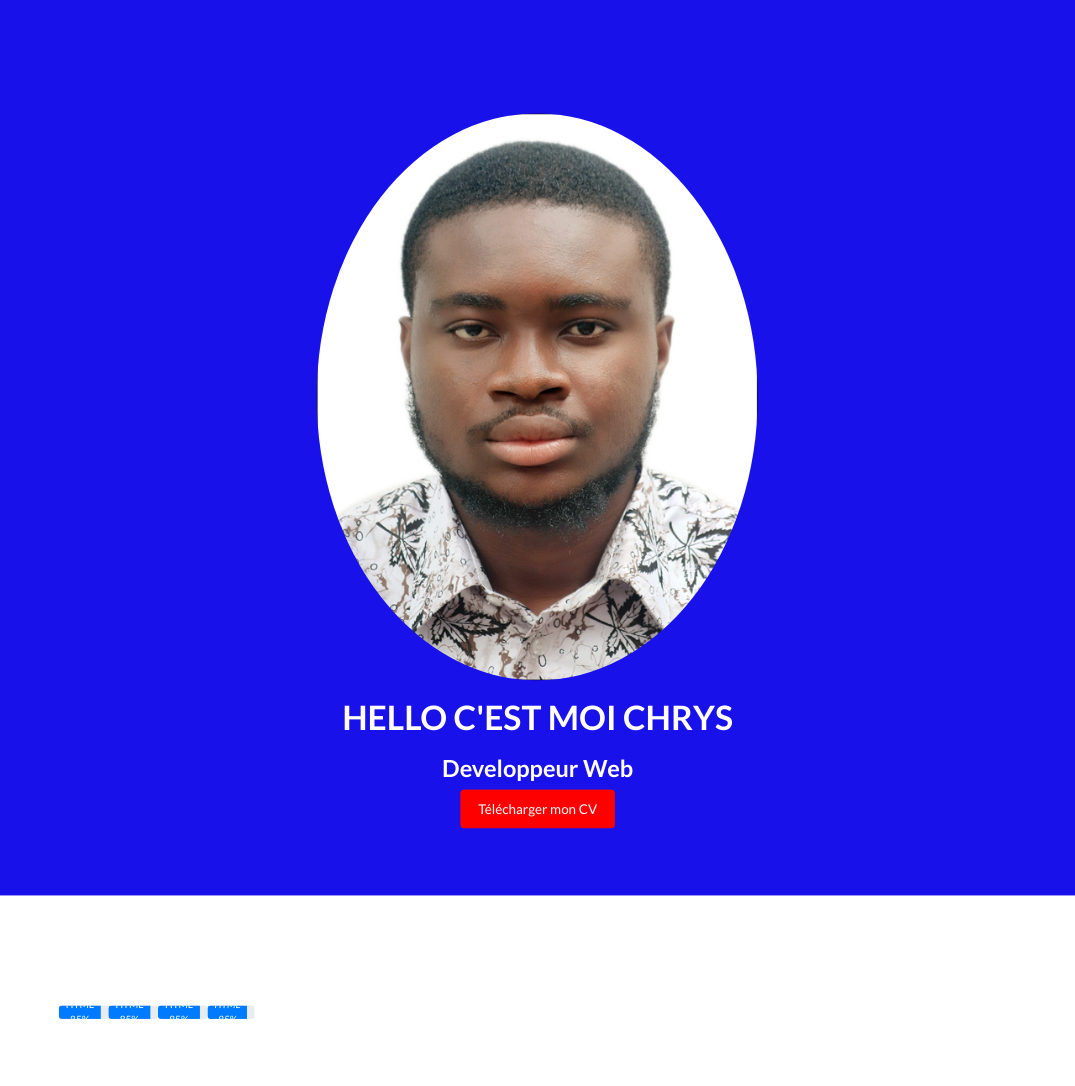
Repository: CHRYSOVR/CV_en_ligne_Interactif
Page: index.html
An editor plug-in stored every save of this project. The page is shown before and after the next save, followed by the edit.
The browser window is 1280 px wide. The pictures show the whole page, at 84% of full size.

Above is the page before, as saved 2025-07-07 16:25:12.
Console error: TypeError: Cannot read properties of undefined (reading 'fn')

### index.html
<!DOCTYPE html>
<html lang="fr">
<head>
    <meta charset="UTF-8">
    <meta name="viewport" content="width=device-width, initial-scale=1.0">
    <link rel="preconnect" href="https://fonts.googleapis.com">
<link rel="preconnect" href="https://fonts.gstatic.com" crossorigin>
<link href="https://fonts.googleapis.com/css2?family=Lato:ital,wght@0,100;0,300;0,400;0,700;0,900;1,100;1,300;1,400;1,700;1,900&display=swap" rel="stylesheet">
<link rel="stylesheet" href="https://cdn.jsdelivr.net/npm/bootstrap@4.0.0/dist/css/bootstrap.min.css" integrity="sha384-Gn5384xqQ1aoWXA+058RXPxPg6fy4IWvTNh0E263XmFcJlSAwiGgFAW/dAiS6JXm" crossorigin="anonymous">
<script src="https://cdn.jsdelivr.net/npm/bootstrap@4.0.0/dist/js/bootstrap.min.js" integrity="sha384-JZR6Spejh4U02d8jOt6vLEHfe/JQGiRRSQQxSfFWpi1MquVdAyjUar5+76PVCmYl" crossorigin="anonymous"></script>
    <link rel="stylesheet" href="css/style.css">
    <script src="js/script.js"></script>
    <title>CV SANNE-TIA</title>
</head>
<body>
  <section id="about" class="container-fluid">
    <div  class=" col-8 col -lg-4 profile-picture" >
        <img src="images/Me.JPG" alt="photo sanne-tia" class="rounded-circle">
    </div>
    <div class="heading">
        <h1>Hello c'est moi Chrys</h1 >
             <h3>Developpeur Web</h3>
     <a href="documents/CV_Sanne-Tia.pdf" class="btn btn-danger" target="_blank">Télécharger mon CV</a>
  </div>
    </section>
    <section id="skills">
<div class="divider"></div>
<div class="heading">
    <h2>Competences</h2>
</div>
<div class="container">
    <div class="row">
       <div class="progress">
  <div class="progress-bar" role="progressbar" style="width: 85%;" aria-valuenow="85" aria-valuemin="0" aria-valuemax="100">HTML 85%</div>
</div>
 <div class="progress">
  <div class="progress-bar" role="progressbar" style="width: 85%;" aria-valuenow="85" aria-valuemin="0" aria-valuemax="100">HTML 85%</div>
</div>
 <div class="progress">
  <div class="progress-bar" role="progressbar" style="width: 85%;" aria-valuenow="85" aria-valuemin="0" aria-valuemax="100">HTML 85%</div>
</div>
<var><var> <div class="progress">
  <div class="progress-bar" role="progressbar" style="width: 85%;" aria-valuenow="85" aria-valuemin="0" aria-valuemax="100">HTML 85%</div>
</div> </var></var>
    </div>
</div>





    </section>
</body>
</html>

### css/style.css
/*GENERAL*/

body{
    font-family: 'Lato', sans-serif;

}
h1,h2,h3,h4,h5,h6{
    font-weight: bold;


}
/*ABOUT*/
#about{
    background-color: #1911e9;

}
.profile-picture{
    text-align: center;
    margin: 70px auto 0;

}
section{
padding: 65px 0 80px 0;

}
 .heading{
    text-align: center;
    color: white;
    margin-top: 20px;
}
img{
    max-width: 100%;
    height: auto;
}
#about .heading h1{
    color: white;
    text-transform: uppercase;
    margin-bottom: 20px;

}
.btn-danger{
    background-color: #ff0000;
    border-color: #ff0000;
    color: white;
    padding: 10px 20px;
    font-size: 16px;
    text-decoration: none;
    transition: all 0.7 s ease-in 2s;
}
.btn-danger:hover{
    background:rgba(255, 255, 255, 0.137);
    border-color: #00ff11fe;
    color: white;
    padding: 10px 20px;
    font-size: 16px;
    text-decoration: none;
}

Loaded but not shown: js/script.js (no stored copy; drawn as an empty file)

After the next save:
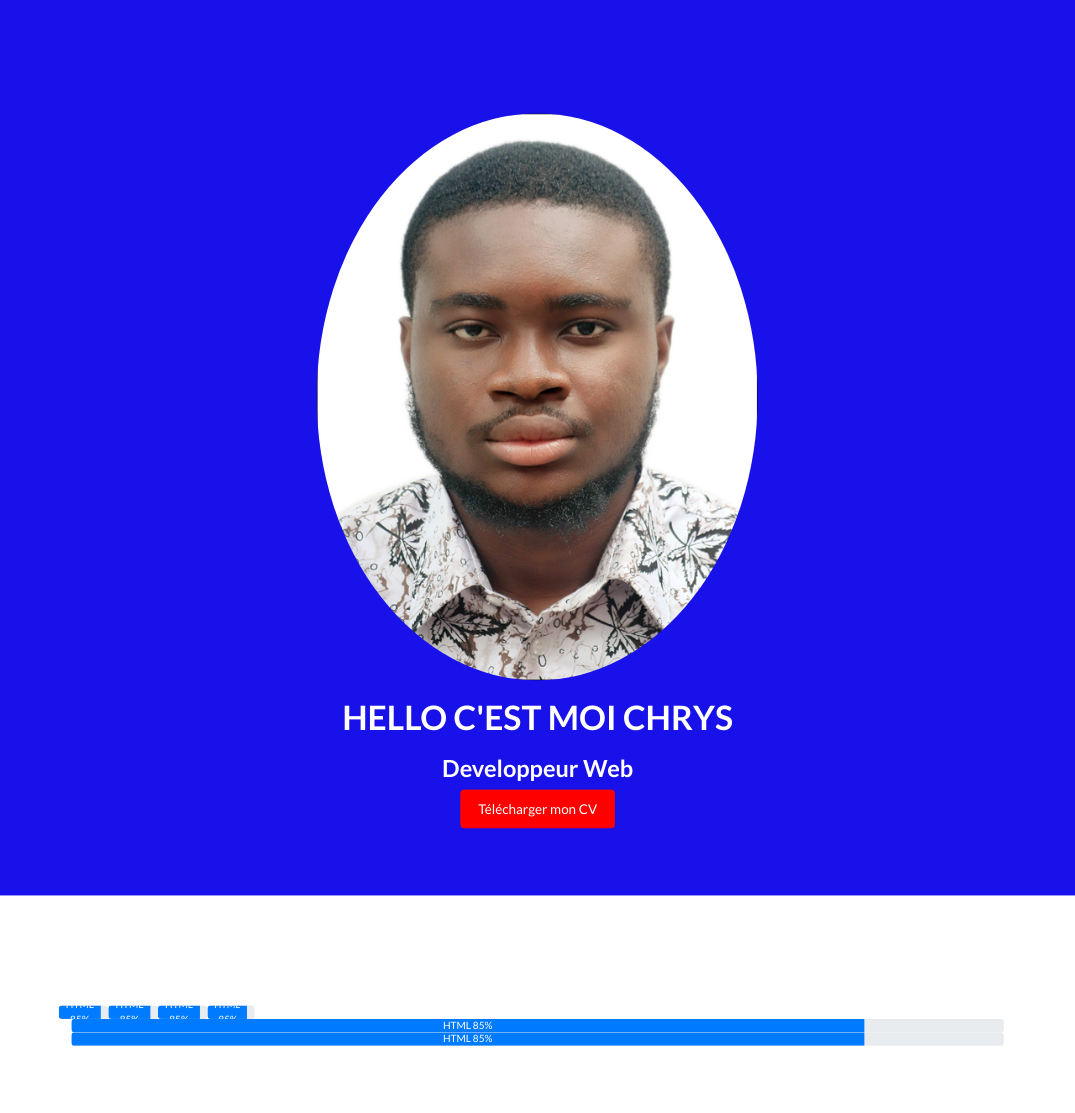
Saved 92 s later.
--- a/index.html
+++ b/index.html
@@ -43,6 +43,12 @@
   <div class="progress-bar" role="progressbar" style="width: 85%;" aria-valuenow="85" aria-valuemin="0" aria-valuemax="100">HTML 85%</div>
 </div> </var></var>
     </div>
+     <div class="progress">
+  <div class="progress-bar" role="progressbar" style="width: 85%;" aria-valuenow="85" aria-valuemin="0" aria-valuemax="100">HTML 85%</div>
+</div>
+ <div class="progress">
+  <div class="progress-bar" role="progressbar" style="width: 85%;" aria-valuenow="85" aria-valuemin="0" aria-valuemax="100">HTML 85%</div>
+</div>
 </div>
 
 
